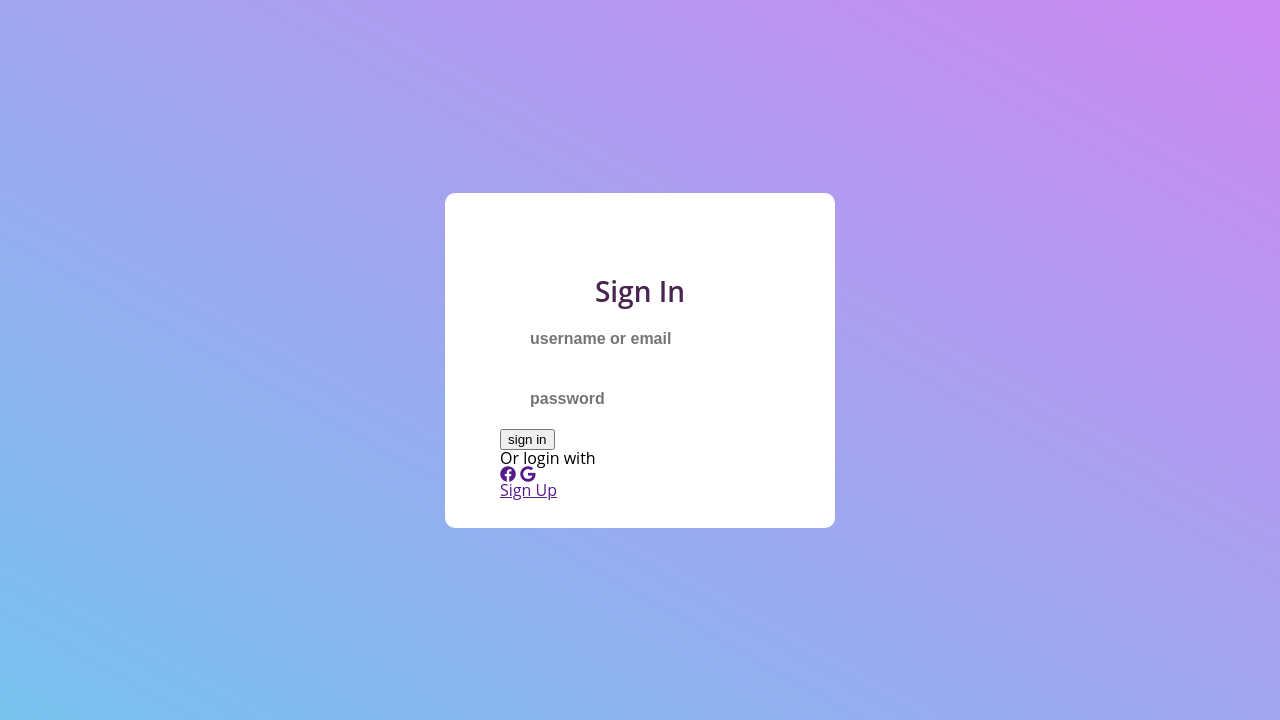
Repository: letrongtinh27/LapTrinhWeb
Page: signin/index.html
These files come from the project's save history. The page is drawn as it stood at one moment and after the next save; the edit follows.
The browser window is 1280 px wide. The pictures show the whole page.

Above is the page before, as saved 2022-10-09 20:49:08.

After the next save:
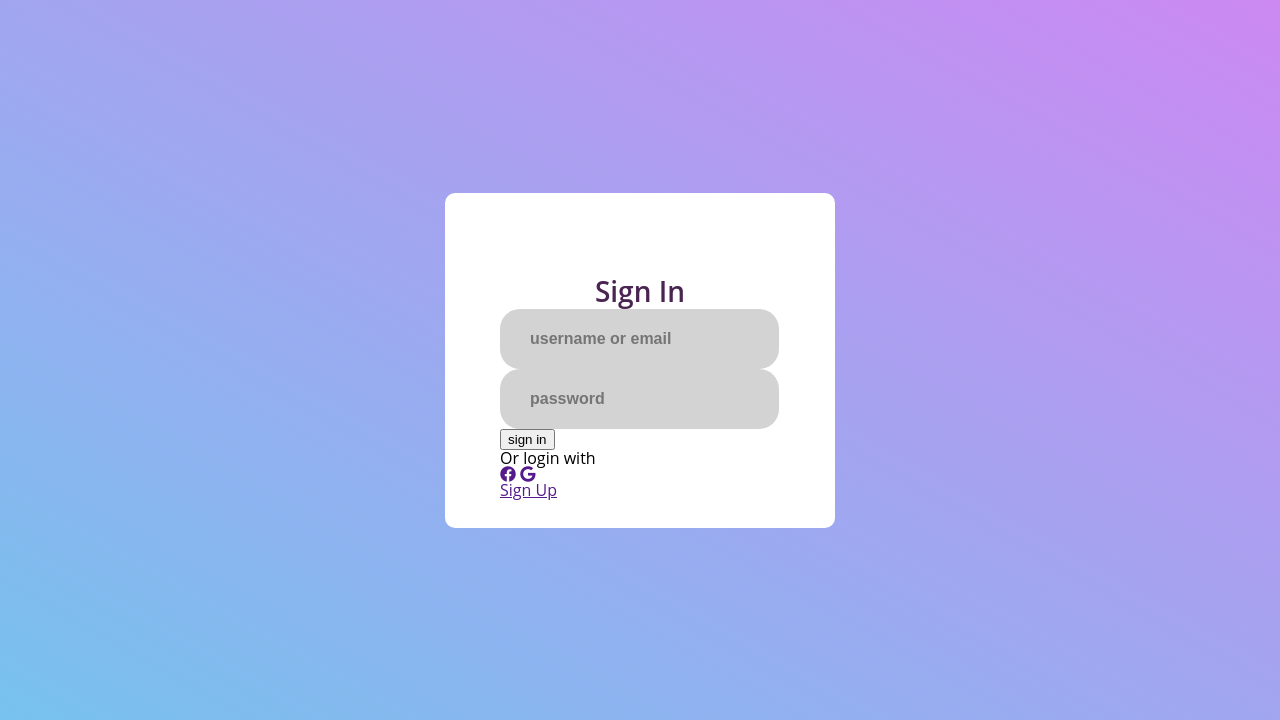
Saved 93 s later.
--- a/signin/style.css
+++ b/signin/style.css
@@ -38,7 +38,7 @@ body {
 
 .form-item > input{
     border-radius: 20px;
-    background-color: #ffffff;
+    background-color: lightgray;
     padding: 0 30px;
     border: 0;
     color: #4a2552;
